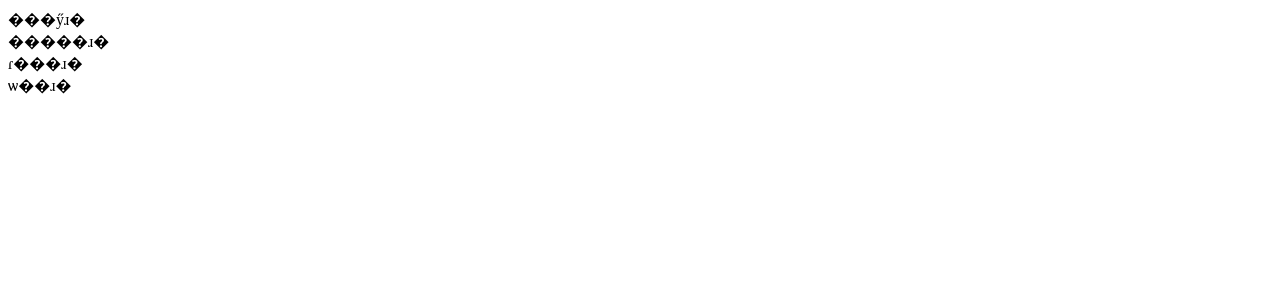
Repository: ZxxWs/P_M_learn
Page: http://localhost/
These files come from the project's save history. The page is drawn as it stood at one moment and after the next save; the edit follows.
The browser window is 1280 px wide. The pictures show the whole page.
The page is run by PHP 8.4 with error messages shown; the project is at /var/www/html/.

Above is the page before, as saved 2019-03-11 09:10:06.

### Mysql_learn/index.php
<?php

//MySQL在PHP中的方法：mysqli_function(value,value1....)

//************************************************************
//连接MySQL：
$host='localhost:3306';                    //可选，主机名|IP
$username='root';          //可选，MySQL用户名
$password;          //可选，MySQL密码
$dbname;            //可选，默认数据库
$port;                  //端口号
$socket;            //规定socket
$conn=mysqli_connect($host,$username);
//mysqli_close($link);//关闭与于数据库的连接
if($conn)
    echo "连接成功";
echo "<br />";

//************************************************************
//创建数据库
$create="create database phpcreat";
$createdatabase=mysqli_query($conn, $create);
if($createdatabase)
    echo "创建成功";
echo "<br />";

//删除数据库
$drop="drop database phpcreat";
$drop=mysqli_query($conn, $drop);
if($drop)
    echo "删除成功";
echo "<br />";


//************************************************************
//选择数据库
$dbname="test";
$select=mysqli_select_db($conn, $dbname);
if($select)
    echo "选择成功";
echo "<br />";

After the next save:
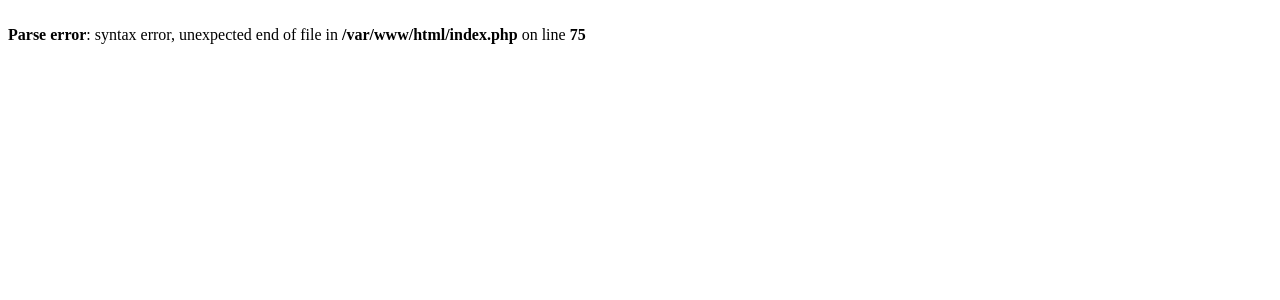
Saved 7 min 39 s later.
--- a/Mysql_learn/index.php
+++ b/Mysql_learn/index.php
@@ -13,7 +13,7 @@
 $conn=mysqli_connect($host,$username);
 //mysqli_close($link);//关闭与于数据库的连接
 if($conn)
-    echo "连接成功";
+    echo "数据库连接成功";
 echo "<br />";
 
 //************************************************************
@@ -21,14 +21,14 @@
 $create="create database phpcreat";
 $createdatabase=mysqli_query($conn, $create);
 if($createdatabase)
-    echo "创建成功";
+    echo "数据库创建成功";
 echo "<br />";
 
 //删除数据库
 $drop="drop database phpcreat";
 $drop=mysqli_query($conn, $drop);
 if($drop)
-    echo "删除成功";
+    echo "数据库删除成功";
 echo "<br />";
 
 
@@ -37,5 +37,10 @@
 $dbname="test";
 $select=mysqli_select_db($conn, $dbname);
 if($select)
-    echo "选择成功";
+    echo "数据库选择成功";
 echo "<br />";
+
+
+//************************************************************
+//创建表
+$table="crete table phptable(id int not null)"

After the save that followed:
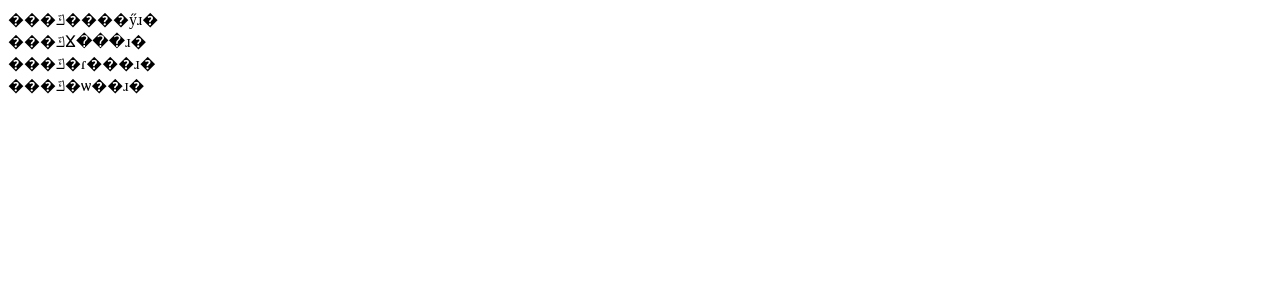
Saved 12 min 51 s later.
--- a/Mysql_learn/index.php
+++ b/Mysql_learn/index.php
@@ -43,4 +43,8 @@
 
 //************************************************************
 //创建表
-$table="crete table phptable(id int not null)"
+$table="crete table phptable(id int)";
+$createtable=mysqli_query($conn, $table);
+if($createtable)
+    echo "创建表成功";
+echo "<br />";
